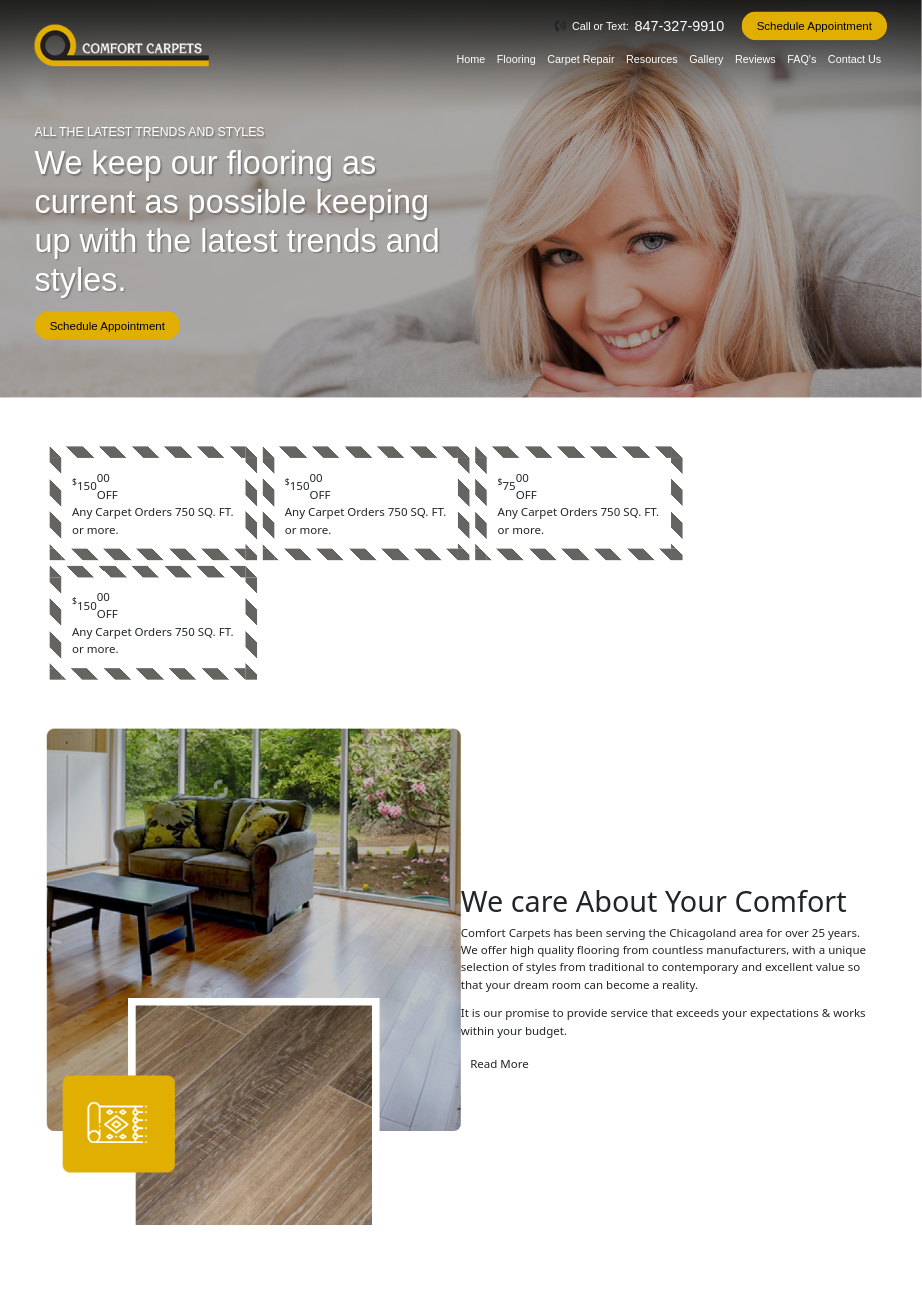
Repository: Ab-dur-Rehman/sscaseFolders
Page: index.html
An editor plug-in stored every save of this project. The page is shown before and after the next save, followed by the edit.
The browser window is 1280 px wide. The pictures show the whole page, at 72% of full size.
Some web fonts or font styles are not loaded; a fallback is used.

Above is the page before, as saved 2022-12-26 10:08:12.

### index.html
<!doctype html>
<html lang="en">
  <head>
    <meta charset="utf-8">
    <meta name="viewport" content="width=device-width, initial-scale=1">
    <!-- Bootstrap CSS -->
    <link href="https://cdn.jsdelivr.net/npm/bootstrap@5.0.2/dist/css/bootstrap.min.css" rel="stylesheet" integrity="sha384-EVSTQN3/azprG1Anm3QDgpJLIm9Nao0Yz1ztcQTwFspd3yD65VohhpuuCOmLASjC" crossorigin="anonymous">
    <!-- Custom CSS -->
    <link rel="stylesheet" href="assets/css/style.css">
    <!-- FontAwesome -->
    <link rel="stylesheet" href="https://cdnjs.cloudflare.com/ajax/libs/font-awesome/6.2.1/css/all.min.css" integrity="sha512-MV7K8+y+gLIBoVD59lQIYicR65iaqukzvf/nwasF0nqhPay5w/9lJmVM2hMDcnK1OnMGCdVK+iQrJ7lzPJQd1w==" crossorigin="anonymous" referrerpolicy="no-referrer" />
    <!-- JQuery -->
    <script src="https://code.jquery.com/jquery-3.6.1.min.js" integrity="sha256-o88AwQnZB+VDvE9tvIXrMQaPlFFSUTR+nldQm1LuPXQ=" crossorigin="anonymous"></script>
    <!-- Bootstrap JS -->
    <script src="https://cdn.jsdelivr.net/npm/bootstrap@5.0.2/dist/js/bootstrap.bundle.min.js" integrity="sha384-MrcW6ZMFYlzcLA8Nl+NtUVF0sA7MsXsP1UyJoMp4YLEuNSfAP+JcXn/tWtIaxVXM" crossorigin="anonymous"></script>
    <!-- Custom Scripts -->
    <script type="module" src="assets/js/script.js"></script>

    <title>Comfort Carpets</title>
  </head>
  <body>
    <div class="col-lg-12 mx-auto main-wrapper">

      <header class="py-3 px-5 header-top">
        <div class="header-top-inner row gx-0 max-content d-flex flex-row align-items-center">
          <div class="col-md-3 logo-top mx-0 px-0">
            <a href="#"><img src="assets/images/logo.png" alt="logo"/></a>
          </div>
          <div class="col-md-9 header-left mx-0 px-0 py-0">
            <div class="top-call-info">
              <div class="top-call-info-inner d-flex flex-row justify-content-end align-items-center">
                <div class="top-call-info-inner-left px-4 d-flex flex-row align-items-center">
                  <i class="fa fa-volume-control-phone" aria-hidden="true"></i>
                  <span class="call-text px-2">Call or Text: </span>
                  <span class="call-number">847-327-9910</span>
                </div>
                <div class="top-call-info-inner-right">
                  <button type="button" class="btn btn-appointment">Schedule Appointment</button>
                </div>
              </div>
            </div>
            <div class="main-nav-wrapper">
              <nav class="navbar navbar-expand-lg navbar-light">
                <div class="container-fluid justify-content-end">
                  <button class="navbar-toggler" type="button" data-bs-toggle="collapse" data-bs-target="#navbarNav" aria-controls="navbarNav" aria-expanded="false" aria-label="Toggle navigation">
                    <span class="navbar-toggler-icon"></span>
                  </button>
                  <div class="collapse navbar-collapse justify-content-end" id="navbarNav">
                    <ul class="navbar-nav text-end">
                      <li class="nav-item">
                        <a class="nav-link active" aria-current="page" href="#">Home</a>
                      </li>
                      <li class="nav-item">
                        <a class="nav-link" href="#">Flooring</a>
                      </li>
                      <li class="nav-item">
                        <a class="nav-link" href="#">Carpet Repair</a>
                      </li>
                      <li class="nav-item">
                        <a class="nav-link" href="#">Resources</a>
                      </li>
                      <li class="nav-item">
                        <a class="nav-link" href="#">Gallery</a>
                      </li>
                      <li class="nav-item">
                        <a class="nav-link" href="#">Reviews</a>
                      </li>
                      <li class="nav-item">
                        <a class="nav-link" href="#">FAQ's</a>
                      </li>
                      <li class="nav-item">
                        <a class="nav-link" href="#">Contact Us</a>
                      </li>
                    </ul>
                  </div>
                </div>
              </nav>
            </div>
          </div>
        </div>
        <div class="header-bottom row gx-0 max-content d-flex flex-row align-items-center py-5 my-3">
          <div class="col-lg-6 banner-text mx-0 px-0">
            <div class="banner-text-inner">
              <h4 class="banner-title">All the latest trends and styles</h4>
              <p class="banner-sub">We keep our flooring as current as possible keeping up with the latest trends and styles.</p>
              <div class="top-call-info-inner-right">
                <button type="button" class="btn btn-appointment">Schedule Appointment</button>
              </div>
          </div>
          <div class="col-lg-6 mx-0 px-0"></div>
        </div>
      </header>
      <div class="header-bottom col-lg-12 mx-auto main-content-2">
        <div class="row gx-0 d-flex flex-row align-items-center py-5 my-3">
          <div class="tab-wrapper col-3 m-1">
            <div class="tab-price d-flex flex-row align-items-center">
              <sup>$</sup>150<span>00</br>OFF</span>
            </div>
            <span>Any Carpet Orders</span>
            <span>750 SQ. FT. or more.</span>
          </div>
          <div class="tab-wrapper col-3 m-1">
            <div class="tab-price d-flex flex-row align-items-center">
              <sup>$</sup>150<span>00</br>OFF</span>
            </div>
            <span>Any Carpet Orders</span>
            <span>750 SQ. FT. or more.</span>
          </div>
          <div class="tab-wrapper col-3 m-1">
            <div class="tab-price d-flex flex-row align-items-center">
              <sup>$</sup>75<span>00</br>OFF</span>
            </div>
            <span>Any Carpet Orders</span>
            <span>750 SQ. FT. or more.</span>
          </div>
          <div class="tab-wrapper col-3 m-1">
            <div class="tab-price d-flex flex-row align-items-center">
              <sup>$</sup>150<span>00</br>OFF</span>
            </div>
            <span>Any Carpet Orders</span>
            <span>750 SQ. FT. or more.</span>
          </div>
        </div>
      </div>
      <content class="col-12 main-content">
        <div class="content-top col-lg-12 mx-auto main-content-2">
          <div class="row gx-0 d-flex flex-row align-items-center my-3">
            <div class="cont-1-pic col-lg-6">
              <img src="assets/images/about.png" alt="Cont-1-pic"/>
            </div>
            <div class="cont-1-text col-lg-6 pl-2">
              <h1>We care About <span>Your Comfort</span></h1>
              <p>Comfort Carpets has been serving the Chicagoland area for over 25 years. We offer high quality flooring from countless manufacturers, with a unique selection of styles from traditional to contemporary and excellent value so that your dream room can become a reality.</p>
              <p>It is our promise to provide service that exceeds your expectations & works within your budget.</p>
              <button type="button" class="btn btn-read-more">Read More</button>
            </div>
          </div>
        </div>
      </content>
      <footer class="row gx-0 py-3 px-5 footer-wrapper text-center mt-5">

      </footer>
    </div>
  </body>
</html>

### assets/css/style.css
@import url('https://fonts.googleapis.com/css2?family=Amiko:wght@400;600;700&family=Chivo:wght@400;500;600;700&display=swap');


img { width:100%;}
/* body { color:#fff;} */

/* font-family: 'Amiko', sans-serif;
font-family: 'Chivo', sans-serif; */

.logo-top img {
    max-width: 242px;
}
.max-content {
    max-width: 1200px;
    margin: 0 auto;
    width: 100%;
}
.main-content-2 {
    max-width: 1150px;
    margin: 0 auto;
    width: 100%;
}
.header-top {
    background:url(../images/bnr.png);
    background-position: top center;
    background-repeat: no-repeat;
    background-size:cover;
}
.btn-appointment {
    background: #e1af02;
    color: #000;
    font-family: 'Amiko', sans-serif;
    padding: 12px 20px 10px 20px;
    border-radius: 5px;
    font-size: 16px;
    font-weight: 500;
    border-radius: 40px;
    line-height: 1;
}
.call-text {
    font-size: 15px;
    font-weight: 400;
    font-family: 'Amiko', sans-serif;
    color: #fff;
}
.call-number {
    font-size: 20px;
    font-weight: 500;
    font-family: 'Chivo', sans-serif;
    color: #fff;
}
.nav-link {
    font-size: 15px;
    font-weight: 400;
    font-family: 'Amiko', sans-serif;
    color: #fff!important;
}

.banner-title {
    font-size: 17px;
    font-weight: 500;
    font-family: 'Amiko', sans-serif;
    color: #fff;
    line-height: 1;
    text-transform: uppercase;
    text-shadow: 2px 2px 2px #777371;
}
.banner-sub {
    font-size: 45px;
    font-weight: 400;
    font-family: 'Chivo', sans-serif;
    color: #fff;
    line-height: 1.2;
    text-shadow: 2px 2px 2px #777371;
}
.tab-wrapper {
    border: 10px solid transparent;
    padding: 15px;
    /* border-image: url(../images/31.png) 4% round; */
    /* border-image-outset: 10px 5px 15px 5px; */
    /* border-image-slice: 70; */
    /* border-image-source:url('../images/31.png');
    border-image-repeat: stretch;
    border-image-slice: 30;
    border-image-width: 50px;
    border-image-outset: 10px; */

    border: 16px solid transparent;
	border-image: 16 repeating-linear-gradient(45deg, #656461 0, #656461 1em, transparent 0, transparent 2em, #656461 0, #656461 3em, transparent 0, transparent 4em);

}

/* //Responsive */

@media only screen and (max-width: 1350px) {

}

@media only screen and (max-width: 1262px) and (min-width: 1024px) {

}
@media only screen and (max-width: 1023px) {

}
@media only screen and (max-width: 982px) {

}
@media only screen and (max-width: 685px) {

}
@media only screen and (max-width: 576px) {

}

### assets/js/script.js
//doughnut
// var ctxD = document.getElementById("doughnutChart").getContext('2d');
// var ctxD2 = document.getElementById("doughnutChart2").getContext('2d');
// var myLineChart = new Chart(ctxD, {
//   type: 'doughnut',
//   data: {
//     labels: ["Red", "Green"],
//     datasets: [{
//       data: [25, 75],
//       backgroundColor: ["#F7464A", "#46BFBD"],
//       hoverBackgroundColor: ["#FF5A5E", "#5AD3D1"]
//     }]
//   },
//   options: {
//   	responsive: true
//   }
// });

// var myLineChart2 = new Chart(ctxD2, {
//     type: 'doughnut',
//     data: {
//       labels: ["Red", "Green"],
//       datasets: [{
//         data: [25, 75],
//         backgroundColor: ["#F7464A", "#46BFBD"],
//         hoverBackgroundColor: ["#FF5A5E", "#5AD3D1"]
//       }]
//     },
//     options: {
//         responsive: true
//     }
//   });

$(".option-icon-right input:checkbox").change(function(){
    $(this).closest("li").toggleClass('selected', this.checked);
    $('li.selected .option-icon-right label span').text('On');
    $('li:not(.selected) .option-icon-right label span').text('Off');
});

After the next save:
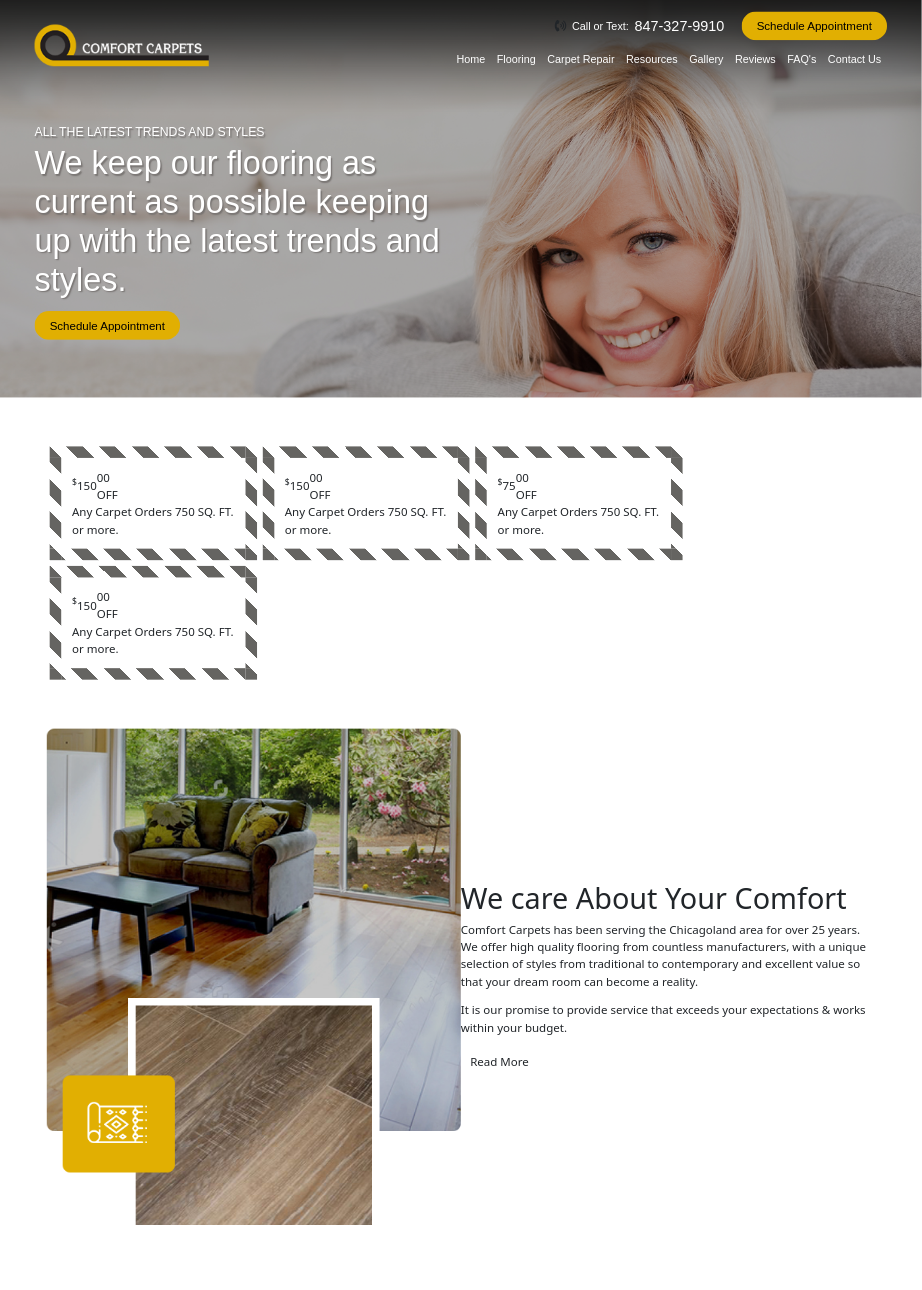
Saved 21 s later.
--- a/index.html
+++ b/index.html
@@ -128,7 +128,7 @@
             <div class="cont-1-pic col-lg-6">
               <img src="assets/images/about.png" alt="Cont-1-pic"/>
             </div>
-            <div class="cont-1-text col-lg-6 pl-2">
+            <div class="cont-1-text col-lg-6 pb-2">
               <h1>We care About <span>Your Comfort</span></h1>
               <p>Comfort Carpets has been serving the Chicagoland area for over 25 years. We offer high quality flooring from countless manufacturers, with a unique selection of styles from traditional to contemporary and excellent value so that your dream room can become a reality.</p>
               <p>It is our promise to provide service that exceeds your expectations & works within your budget.</p>

After the save that followed:
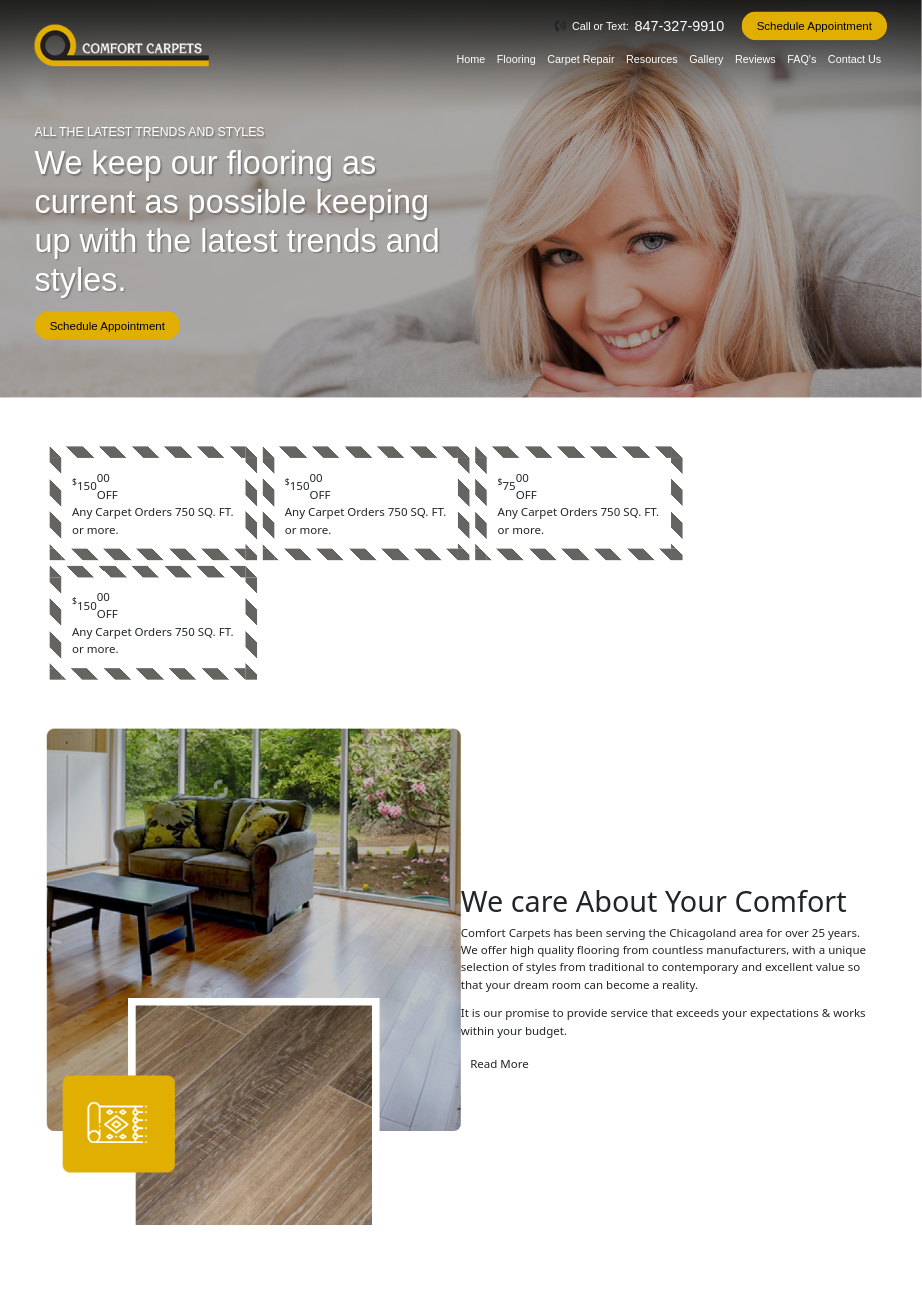
Saved 105 s later.
--- a/index.html
+++ b/index.html
@@ -128,7 +128,7 @@
             <div class="cont-1-pic col-lg-6">
               <img src="assets/images/about.png" alt="Cont-1-pic"/>
             </div>
-            <div class="cont-1-text col-lg-6 pb-2">
+            <div class="cont-1-text col-lg-6 pl-2">
               <h1>We care About <span>Your Comfort</span></h1>
               <p>Comfort Carpets has been serving the Chicagoland area for over 25 years. We offer high quality flooring from countless manufacturers, with a unique selection of styles from traditional to contemporary and excellent value so that your dream room can become a reality.</p>
               <p>It is our promise to provide service that exceeds your expectations & works within your budget.</p>
